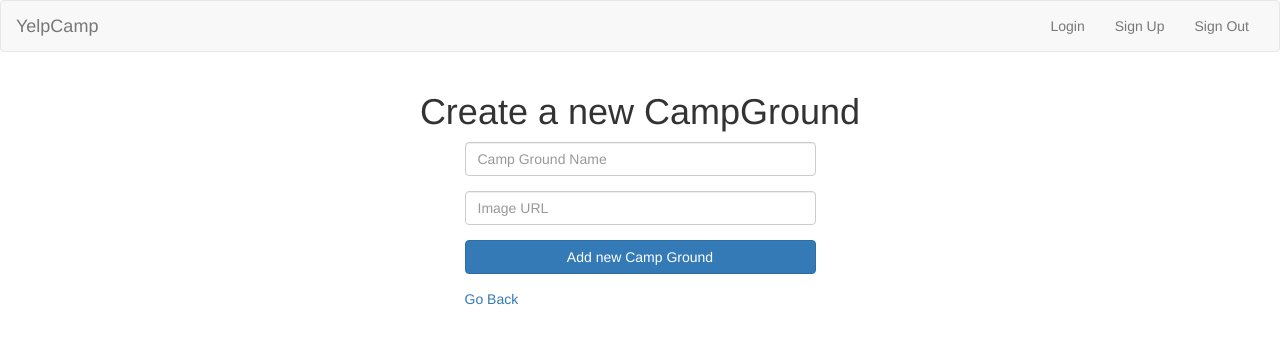
Repository: KMurphs/Tutorials
Page: YelpCamp/v1/views/newcampground.ejs
The author's editor kept a record of every edit. The page is drawn from the files as they stood at one moment, then again after the next edit.
The browser window is 1280 px wide. The pictures show the whole page.
The page is served by the project's Node server (YelpCamp/vtemplate/app.js). The template is opened directly, without the code that normally fills it, so the values that code supplies are empty.

Above is the page before.

After the next edit:
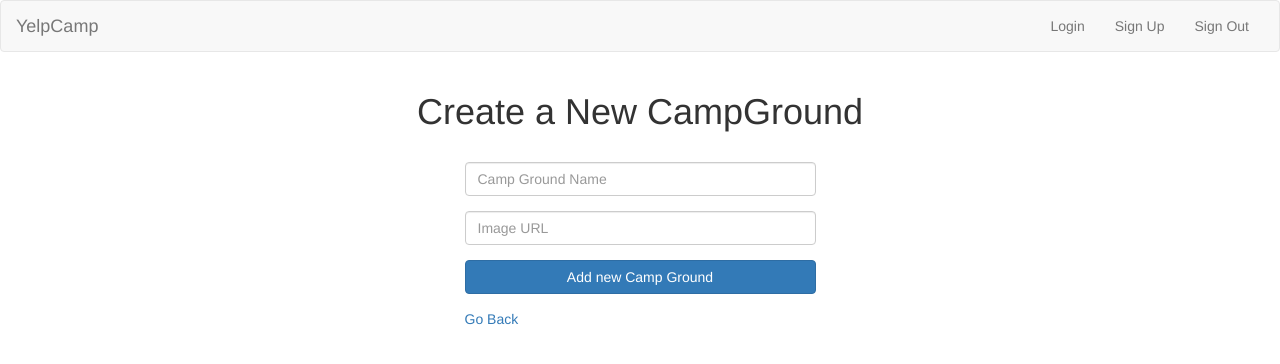
The edit:
--- a/Web Development/Udemy - Boot Camp/Code/code/webdevebootcamp - backend/workspace/YelpCamp/v1/views/newcampground.ejs
+++ b/Web Development/Udemy - Boot Camp/Code/code/webdevebootcamp - backend/workspace/YelpCamp/v1/views/newcampground.ejs
@@ -4,8 +4,8 @@
 
 <div class='container'>
 	<div class='row'>
-		<h1 style='text-align: center;'>Create a new CampGround</h1>
-		<div style='width: 30%; margin: 0 auto;'>
+		<h1 style='text-align: center;'>Create a New CampGround</h1>
+		<div style='width: 30%; margin: 30px auto;'>
 			<form method="POST" action="/campgrounds" >
 				<div class='form-group'>
 					<input class='form-control' type="text" name="name" placeholder="Camp Ground Name">
